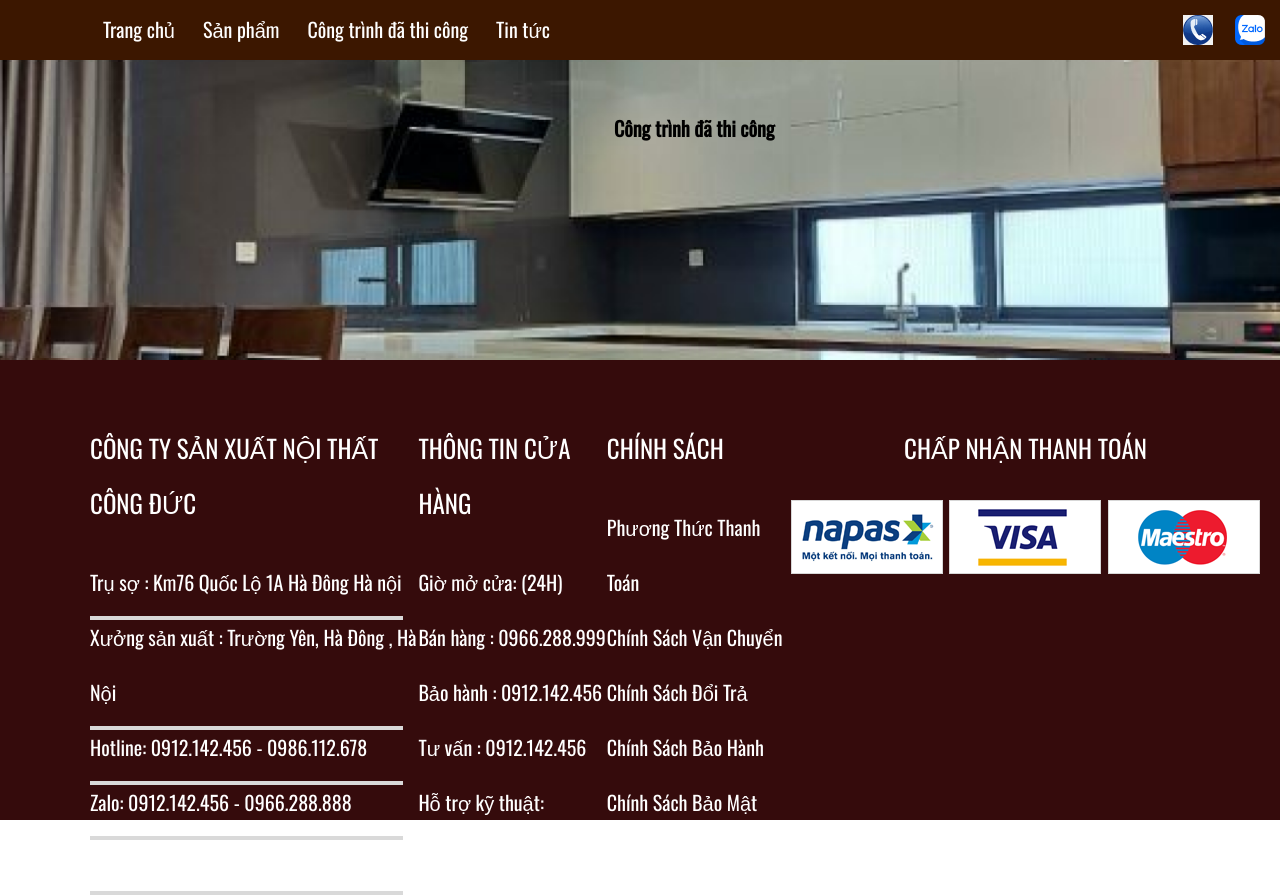
Repository: KHANHD192/FigmaTo-HTML
Page: APP-SHOP/ctdtc.html
These files come from the project's save history. The page is drawn as it stood at one moment and after the next save; the edit follows.
The browser window is 1280 px wide. The pictures show the whole page.

Above is the page before, as saved 2022-11-21 23:37:02.

After the next save:
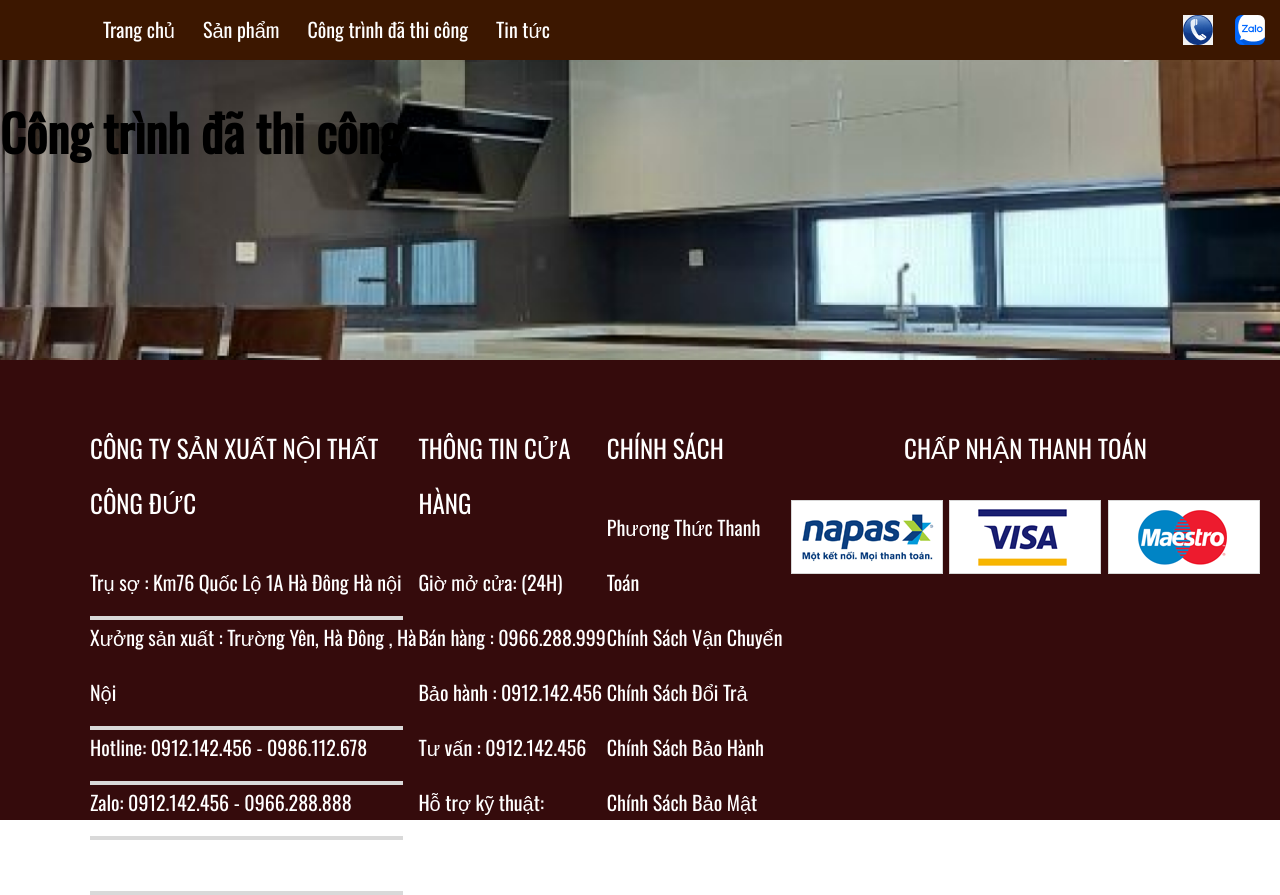
Saved 41 s later.
--- a/APP-SHOP/ctdtc.html
+++ b/APP-SHOP/ctdtc.html
@@ -16,8 +16,8 @@
          }
          .header__background-heading{
             position:absolute;
-            top:44px;
-            left:614px;
+            font-size: 50px;
+            line-height: 74.1px;
          }
 
      </style>
